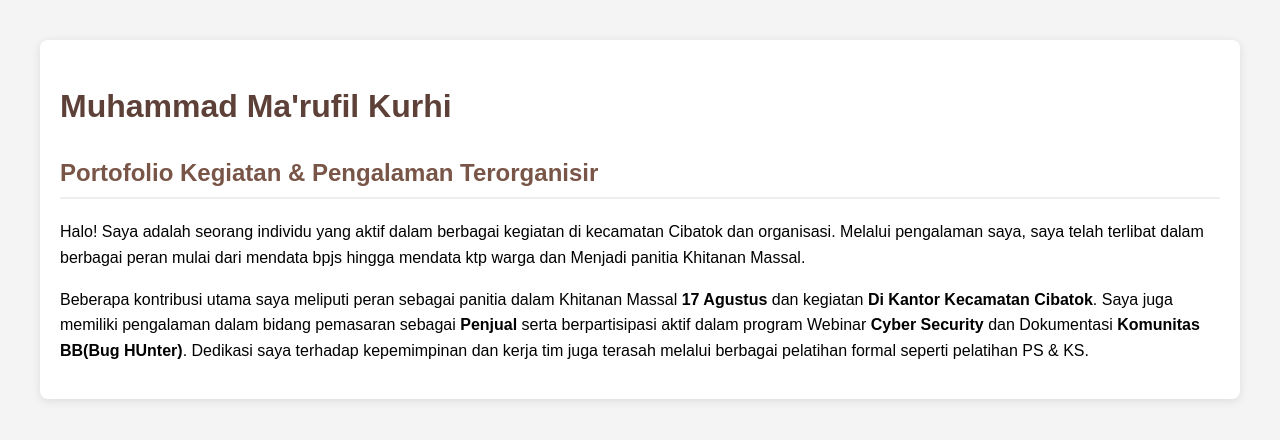
Repository: rufi1126/241552010002-Web-Application-Development
Page: p-2/latihan1.html
These files come from the project's save history. The page is drawn as it stood at one moment and after the next save; the edit follows.
The browser window is 1280 px wide. The pictures show the whole page.

Above is the page before, as saved 2026-02-27 17:28:18.

### p-2/latihan1.html
<!DOCTYPE html>
<html lang="id">
<head>
    <meta charset="UTF-8">
    <meta name="viewport" content="width=device-width, initial-scale=1.0">
    <title>Portofolio Muhammad Ma'rufil Kurhi</title>
    <style>
        body {
            font-family: Arial, sans-serif;
            line-height: 1.6;
            margin: 40px;
            background-color: #f4f4f4;
        }
        .container {
            background: white;
            padding: 20px;
            border-radius: 8px;
            box-shadow: 0 2px 10px rgba(0,0,0,0.1);
        }
        h1 {
            color: #5d4037;
        }
        h2 {
            color: #795548;
            border-bottom: 2px solid #eee;
            padding-bottom: 5px;
        }
    </style>
</head>
<body>

    <div class="container">
        <h1>Muhammad Ma'rufil Kurhi</h1>
        <h2>Portofolio Kegiatan & Pengalaman Terorganisir</h2>

        <p>
            Halo! Saya adalah seorang individu yang aktif dalam berbagai kegiatan di kecamatan Cibatok dan organisasi.
            Melalui pengalaman saya, saya telah terlibat dalam berbagai peran mulai dari mendata bpjs
            hingga mendata ktp warga dan Menjadi panitia Khitanan Massal.
        </p>

        <p>
            Beberapa kontribusi utama saya meliputi peran sebagai panitia dalam Khitanan Massal <strong>17 Agustus</strong>
            dan kegiatan <strong>Di Kantor Kecamatan Cibatok</strong>. Saya juga memiliki pengalaman dalam bidang pemasaran
            sebagai <strong>Penjual</strong> serta berpartisipasi aktif dalam program Webinar
            <strong>Cyber Security</strong> dan Dokumentasi <strong>Komunitas BB(Bug HUnter)</strong>. Dedikasi saya terhadap kepemimpinan
            dan kerja tim juga terasah melalui berbagai pelatihan formal seperti pelatihan PS & KS.
        </p>
    </div>

</body>
</html>

After the next save:
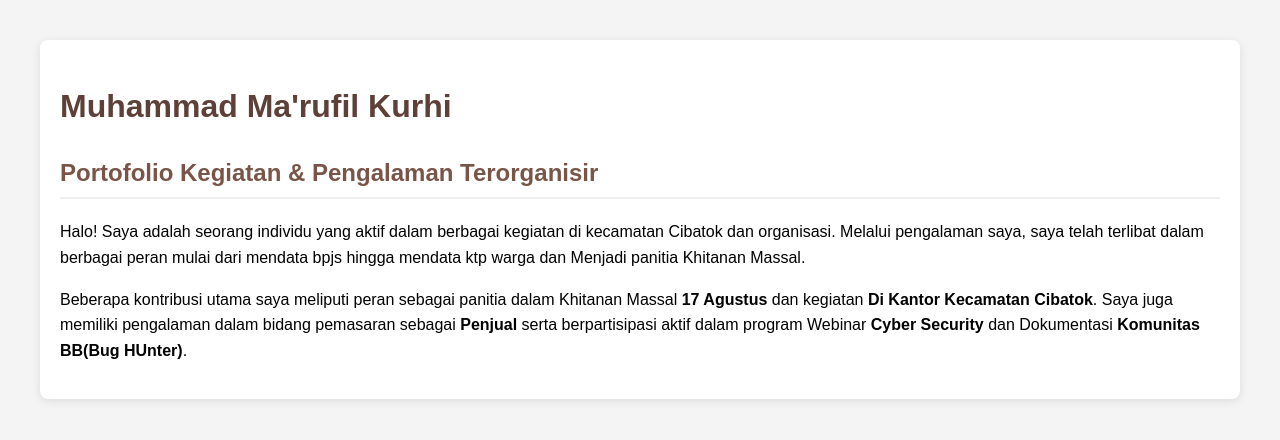
Saved 11 s later.
--- a/p-2/latihan1.html
+++ b/p-2/latihan1.html
@@ -43,8 +43,7 @@
             Beberapa kontribusi utama saya meliputi peran sebagai panitia dalam Khitanan Massal <strong>17 Agustus</strong>
             dan kegiatan <strong>Di Kantor Kecamatan Cibatok</strong>. Saya juga memiliki pengalaman dalam bidang pemasaran
             sebagai <strong>Penjual</strong> serta berpartisipasi aktif dalam program Webinar
-            <strong>Cyber Security</strong> dan Dokumentasi <strong>Komunitas BB(Bug HUnter)</strong>. Dedikasi saya terhadap kepemimpinan
-            dan kerja tim juga terasah melalui berbagai pelatihan formal seperti pelatihan PS & KS.
+            <strong>Cyber Security</strong> dan Dokumentasi <strong>Komunitas BB(Bug HUnter)</strong>.
         </p>
     </div>
 
